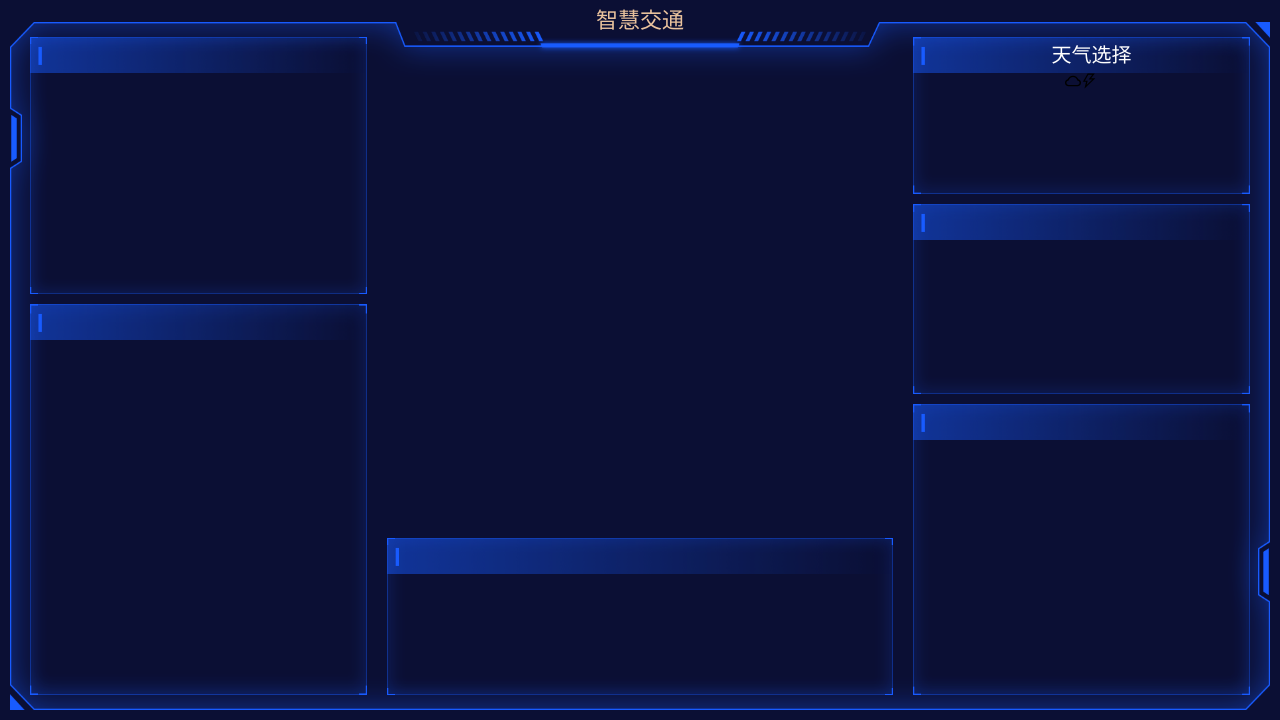
Repository: lizzie7d/smart-traffic
Page: /
An editor plug-in stored every save of this project. The page is shown before and after the next save, followed by the edit.
The browser window is 1280 px wide. The pictures show the whole page.
The project was rebuilt for these pictures with package versions that can differ from the ones it lists, and the page was loaded fresh each time.

Above is the page before, as saved 2023-04-12 09:37:00.

### src/App.js
import "./App.css";
import DetailSection from "./component/DetailSection/detail";
// import MainPage from "./pages/main";

function App() {
  return (
    <div className="App">
      {/* <header className="App-header"></header>
      <content className="App-content">
        <MainPage />
      </content> */}
      <div class="header">
        <h1 class="header-title">智慧交通</h1>
      </div>
      <div class="wrapper">
        <div class="content">
          <div class="col col-l">
            <div class="xpanel-wrapper xpanel-wrapper-40">
              <div class="xpanel xpanel-l-t">
                <div class="title"></div>
              </div>
            </div>
            <div class="xpanel-wrapper xpanel-wrapper-60">
              <div class="xpanel xpanel-l-b">
                <div class="title"></div>
              </div>
            </div>
          </div>
          <div class="col col-c">
            <div class="xpanel-wrapper xpanel-wrapper-75">
              <div class="xpanel no-bg"></div>
            </div>
            <div class="xpanel-wrapper xpanel-wrapper-25">
              <div class="xpanel xpanel-c-b">
                <div class="title title-long"></div>
              </div>
            </div>
          </div>
          <div class="col col-r">
            <div class="xpanel-wrapper xpanel-wrapper-25">
              <div class="xpanel xpanel-r-t">
                {/* <div class="title">天气选择</div> */}
                <DetailSection />
              </div>
            </div>
            <div class="xpanel-wrapper xpanel-wrapper-30">
              <div class="xpanel xpanel-r-m">
                <div class="title"></div>
              </div>
            </div>
            <div class="xpanel-wrapper xpanel-wrapper-45">
              <div class="xpanel xpanel-r-b">
                <div class="title"></div>
              </div>
            </div>
          </div>
        </div>
      </div>
    </div>
  );
}

export default App;

### src/App.css
.App {
  text-align: center;
}


/* .App-content {
  background-color: #282c34;
  min-height: 100vh;
  display: flex;
  background-image: url(./assets/bg-image.png);
background-repeat: no-repeat;
background-size: 100%;
  flex-direction: column;
  font-size: calc(10px + 2vmin);
  color: white;
} */


.App-link {
  color: #61dafb;
}

@keyframes App-logo-spin {
  from {
    transform: rotate(0deg);
  }
  to {
    transform: rotate(360deg);
  }
}

/********** Global **********/
html, body {
	width:100%;
	height:100%;
	font-family:"microsoft yahei", arial, sans-serif;
	background-color:#0b0f34;
	overflow-x:hidden;
	overflow-y:auto;
}
body {margin:0 auto;min-width:375px;max-width:1920px;}

/********** Layout **********/
.header {position:relative;height:42px;box-sizing:border-box;}
.header-title {
	margin:0;
	padding:0;
	line-height:64px;
	text-align:center;
	font-size:32px;
	font-weight:400;
	color:#e9c29d;
}
.wrapper {
	position:absolute;
	top:36px;
	bottom:10px;
	left:10px;
	right:10px;
	padding:10px 10px 0 10px;
	min-height:500px;
	background:url("../src/img/wrapper-bg.png") no-repeat;
	background-size:100% 100%;
	box-sizing:border-box;
}
/* PC */
@media (max-width:1919px) {
	.header {height:36px;}
	.header-title {line-height:42px;font-size:22px;}
	.wrapper {top:22px;}
}
/* Mobile */
@media (max-width:1279px) {
	.header-title {max-width:96%;}
	.wrapper {background:none;}
}

/********** Content **********/
.content {
	display:-webkit-flex;
	display:-ms-flexbox;
	display:flex;
	padding:25px 15px;
	height:100%;
	min-height:100%;
	box-sizing:border-box;
}
.col {margin:0 10px;height:100%;}
.col-l {-webkit-flex:2;-ms-flex:2;flex:2}
.col-c {-webkit-flex:3;-ms-flex:3;flex:3;}
.col-r {-webkit-flex:2;-ms-flex:2;flex:2;}
/* PC */
@media (max-width:1919px) {
	.content {padding:5px 0;}
}
/* Mobile */
@media (max-width:1279px) {
	.content {
		-webkit-flex-direction:column;
		-ms-flex-direction:column;
		flex-direction:column;
	}
	.col {margin:5px 0;}
	.col-l,
	.col-c,
	.col-r {-webkit-flex:none;-ms-flex:none;flex:none;}
}
.xpanel-wrapper {padding-bottom:10px;box-sizing:border-box;}
.xpanel-wrapper {height:100%;}
.xpanel-wrapper-25 {height:25%;}
.xpanel-wrapper-30 {height:30%;}
.xpanel-wrapper-40 {height:40%;}
.xpanel-wrapper-45 {height:45%;}
.xpanel-wrapper-60 {height:60%;}
.xpanel-wrapper-75 {height:75%;}
.xpanel {
	height:100%;
	min-height:100px;
	background-repeat:no-repeat;
	background-size:100% 100%;
	box-sizing:border-box;
}
.xpanel-l-t {background-image:url("../src/img/panel-l-t.png");}
.xpanel-l-b {background-image:url("../src/img/panel-l-b.png");}
.xpanel-c-b {background-image:url("../src/img/panel-c-b.png");}
.xpanel-r-t {background-image:url("../src/img/panel-r-t.png");}
.xpanel-r-m {background-image:url("../src/img/panel-r-m.png");}
.xpanel-r-b {background-image:url("../src/img/panel-r-b.png");}
.xpanel .title {
	padding-left:24px;
	height:44px;
	line-height:44px;
	font-size:24px;
	font-weight:normal;
	color:#fff;
	background-image:url("../src/img/title-bg.png");
	background-repeat:no-repeat;
	background-size:100% 100%;
}
.xpanel .title-long {background-image:url("../src/img/title-bg-long.png");}
/* PC */
@media (max-width:1919px) {
	.xpanel .title {padding-left:20px;height:36px;line-height:36px;font-size:20px;}
}

/* tool */
.fill-h {height:100% !important;min-height:100% !important;}
.no-margin {margin:0 !important;}
.no-padding {padding:0 !important;}
.no-bg {background:none !important;}
.no-border {border:0 !important;}

/* scrollbar */
::-webkit-scrollbar {width:0;height:0;}
::-webkit-scrollbar-track {background-color:transparent;}
::-webkit-scrollbar-thumb {border-radius:5px;background-color:rgba(0, 0, 0, 0.3);}

### src/component/DetailSection/detail.jsx
import { CloudOutlined, ThunderboltOutlined } from "@ant-design/icons";

const DetailSection = () => {
    return (
        <div className="detail-section">
            <div className='title'>天气选择</div>
            <div className="weather-icon">
                <CloudOutlined />
                <ThunderboltOutlined />

            </div>

        </div>
    )
}
export default DetailSection;

Loaded but not shown: public/index.html (common file); src/index.js (common file); src/index.css (common file); src/reportWebVitals.js (common file)

After the next save:
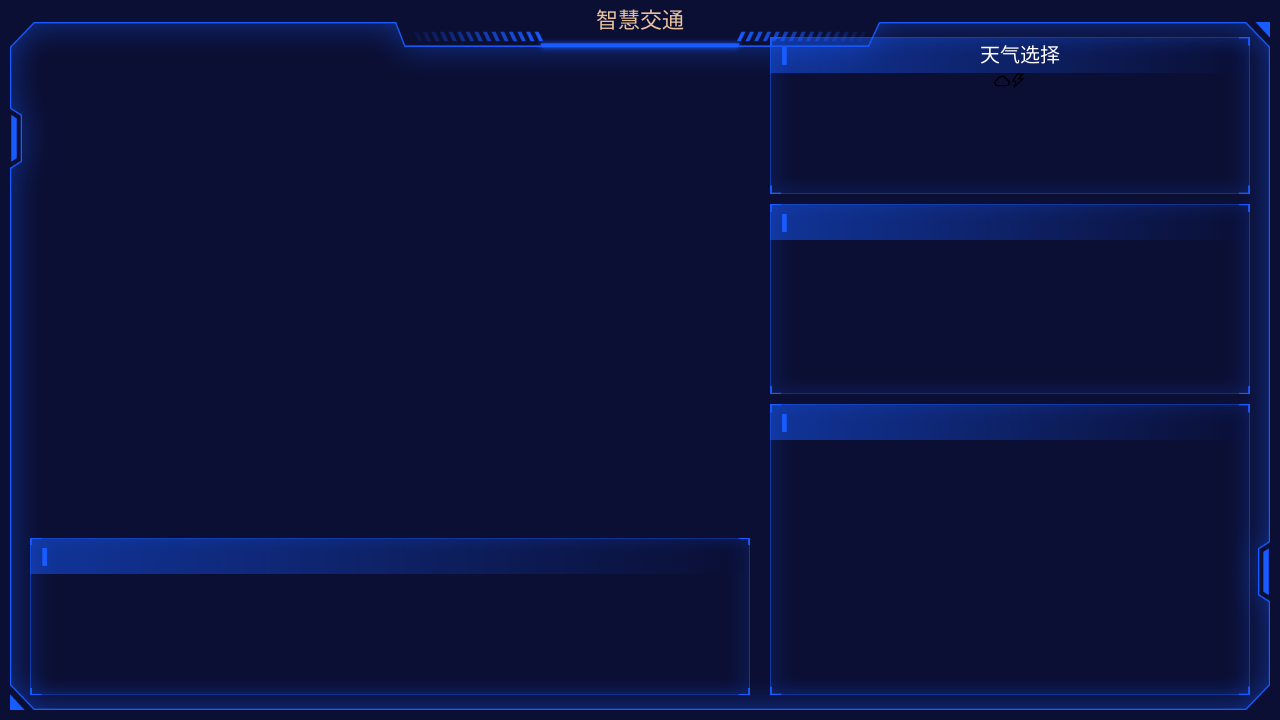
Saved 66 s later.
--- a/src/App.js
+++ b/src/App.js
@@ -14,7 +14,7 @@ function App() {
       </div>
       <div class="wrapper">
         <div class="content">
-          <div class="col col-l">
+          {/* <div class="col col-l">
             <div class="xpanel-wrapper xpanel-wrapper-40">
               <div class="xpanel xpanel-l-t">
                 <div class="title"></div>
@@ -25,7 +25,7 @@ function App() {
                 <div class="title"></div>
               </div>
             </div>
-          </div>
+          </div> */}
           <div class="col col-c">
             <div class="xpanel-wrapper xpanel-wrapper-75">
               <div class="xpanel no-bg"></div>
